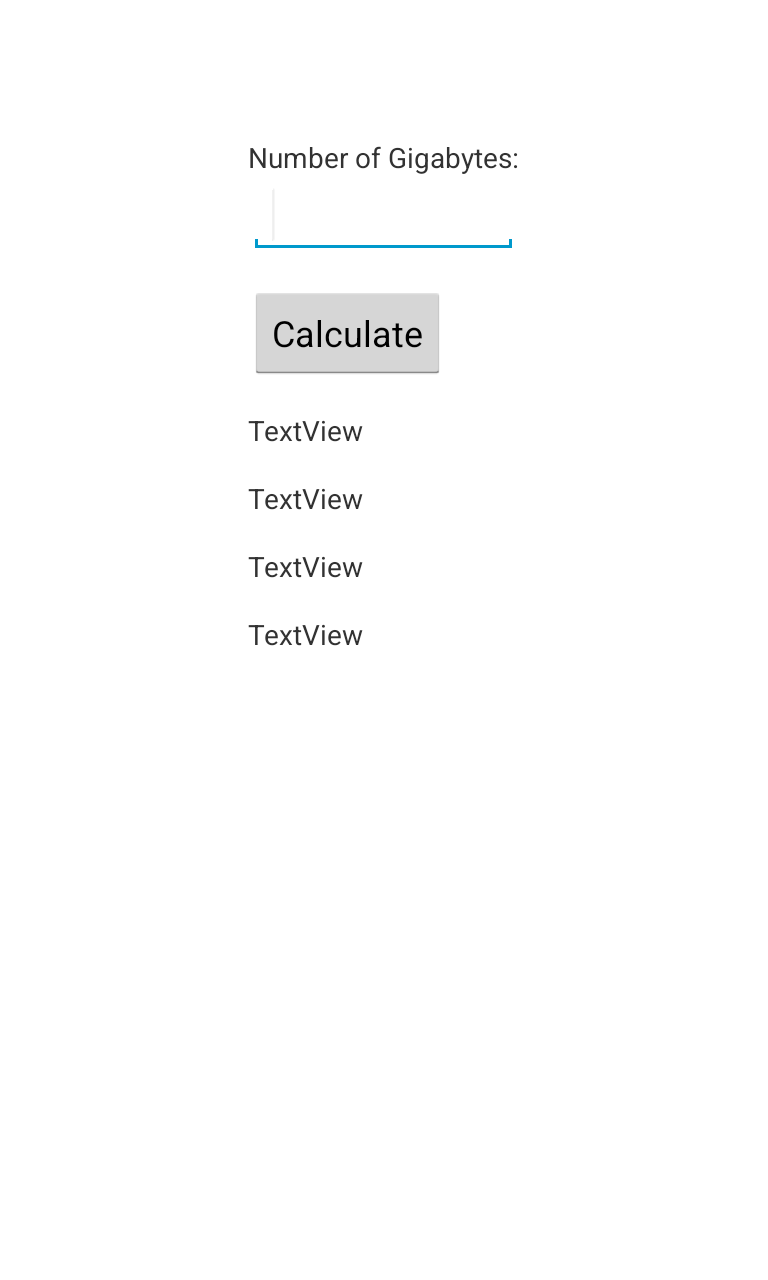
Repository: laurenelder/Java1-Project1
Layout: LinearLayoutProject/res/layout/fragment_main.xml
An editor plug-in stored every save of this project. The layout is shown before and after the next save, followed by the edit.
It is drawn on a 768 x 1280 px phone screen (xhdpi) without system bars, with theme AppTheme; the app's code is not run.

Above is the layout before, as saved 2014-05-09 18:46:47.

### LinearLayoutProject/res/layout/fragment_main.xml
<RelativeLayout xmlns:android="http://schemas.android.com/apk/res/android"
    xmlns:tools="http://schemas.android.com/tools"
    android:layout_width="match_parent"
    android:layout_height="match_parent"
    android:paddingBottom="@dimen/activity_vertical_margin"
    android:paddingLeft="@dimen/activity_horizontal_margin"
    android:paddingRight="@dimen/activity_horizontal_margin"
    android:paddingTop="@dimen/activity_vertical_margin"
    tools:context="com.elderDevin.linearlayoutproject.MainActivity$PlaceholderFragment" >

    <LinearLayout
        android:layout_width="wrap_content"
        android:layout_height="wrap_content"
        android:layout_alignParentTop="true"
        android:layout_centerHorizontal="true"
        android:layout_marginTop="24dp"
        android:orientation="vertical" >

        <TextView
            android:id="@+id/textView1"
            android:layout_width="wrap_content"
            android:layout_height="wrap_content"
            android:layout_marginTop="29dp"
            android:text="@string/textfield_title" />

        <EditText
            android:id="@+id/numInput"
            android:layout_width="match_parent"
            android:layout_height="wrap_content"
            android:inputType="numberSigned" >

            <requestFocus />
        </EditText>

        <Button
            android:id="@+id/calculateBtn"
            android:layout_width="wrap_content"
            android:layout_height="wrap_content"
            android:layout_marginTop="15dp"
            android:text="@string/button_text" />

        <TextView
            android:id="@+id/byteView"
            android:layout_width="wrap_content"
            android:layout_height="wrap_content"
            android:layout_marginTop="15dp"
            android:text="TextView" />

        <TextView
            android:id="@+id/kByteView"
            android:layout_width="wrap_content"
            android:layout_height="wrap_content"
            android:layout_marginTop="15dp"
            android:text="TextView" />

        <TextView
            android:id="@+id/mByteView"
            android:layout_width="wrap_content"
            android:layout_height="wrap_content"
            android:layout_marginTop="15dp"
            android:text="TextView" />

        <TextView
            android:id="@+id/tByteView"
            android:layout_width="wrap_content"
            android:layout_height="wrap_content"
            android:layout_marginTop="15dp"
            android:text="TextView" />
    </LinearLayout>

</RelativeLayout>

### LinearLayoutProject/res/values/strings.xml
<?xml version="1.0" encoding="utf-8"?>
<resources>

    <string name="app_name">Linear Layout Project</string>
    <string name="hello_world">Hello world!</string>
    <string name="action_settings">Settings</string>
    <string name="textfield_title">Number of Gigabytes:</string>
    <string name="button_text">Calculate</string>

</resources>

Loaded but not shown: LinearLayoutProject/res/values/styles.xml (common file); LinearLayoutProject/res/values-v11/styles.xml (common file); LinearLayoutProject/res/values-v14/styles.xml (common file); LinearLayoutProject/res/values/dimens.xml (common file); LinearLayoutProject/res/values-w820dp/dimens.xml (common file)

After the next save:
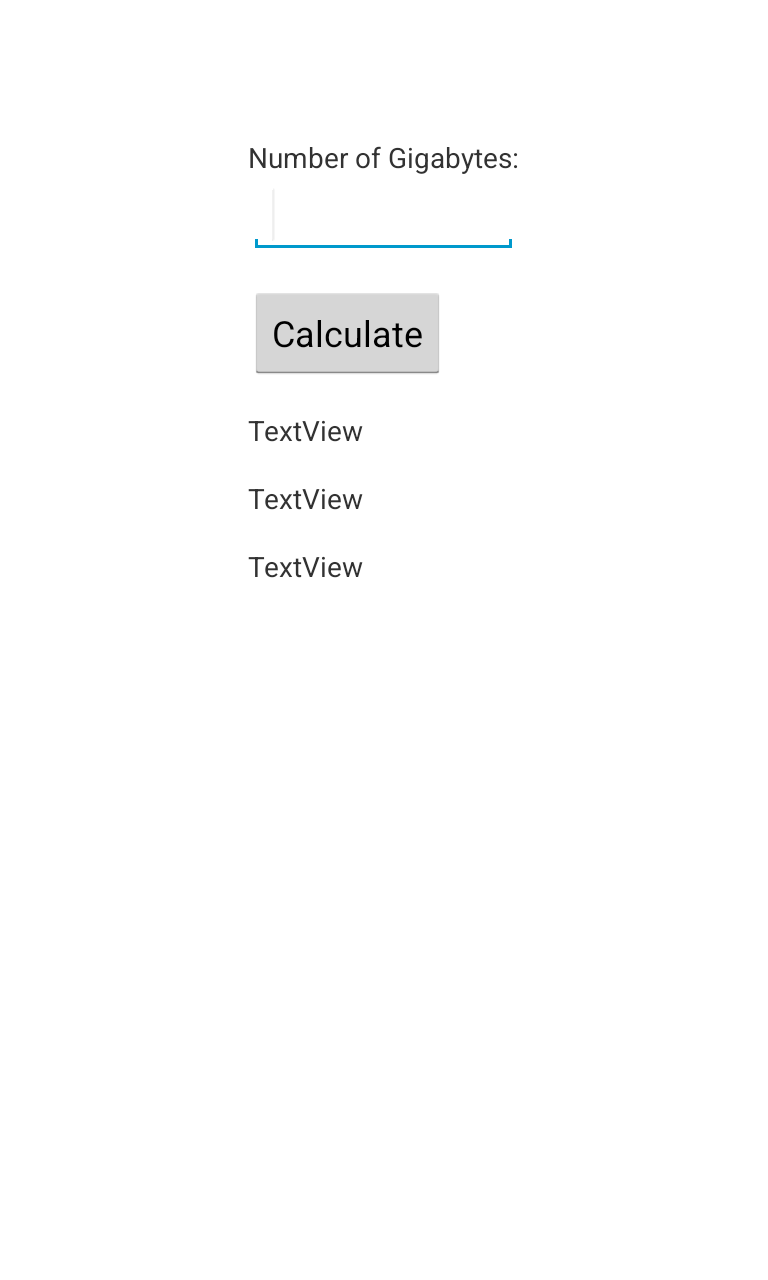
Saved 35 min 5 s later.
--- a/LinearLayoutProject/res/layout/fragment_main.xml
+++ b/LinearLayoutProject/res/layout/fragment_main.xml
@@ -59,13 +59,6 @@
             android:layout_height="wrap_content"
             android:layout_marginTop="15dp"
             android:text="TextView" />
-
-        <TextView
-            android:id="@+id/tByteView"
-            android:layout_width="wrap_content"
-            android:layout_height="wrap_content"
-            android:layout_marginTop="15dp"
-            android:text="TextView" />
     </LinearLayout>
 
 </RelativeLayout>
